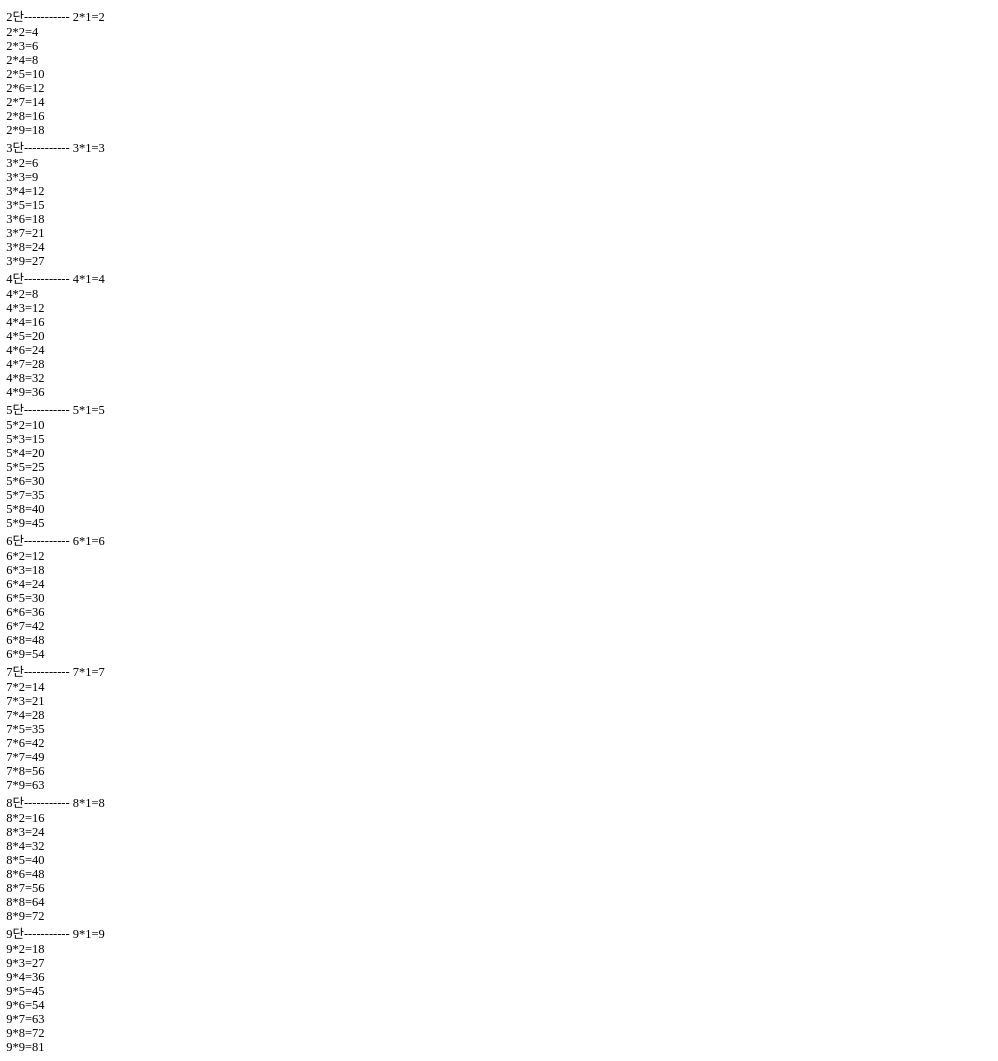
Repository: djdh94/JSP
Page: http://localhost/JSPBasic/JspTag/Scriptlet.jsp
These files come from the project's save history. The page is drawn as it stood at one moment and after the next save; the edit follows.
The browser window is 1280 px wide. The pictures show the whole page, at 78% of full size.
The page is served by Tomcat 9.

Above is the page before, as saved 2022-12-16 12:44:35.

After the next save:
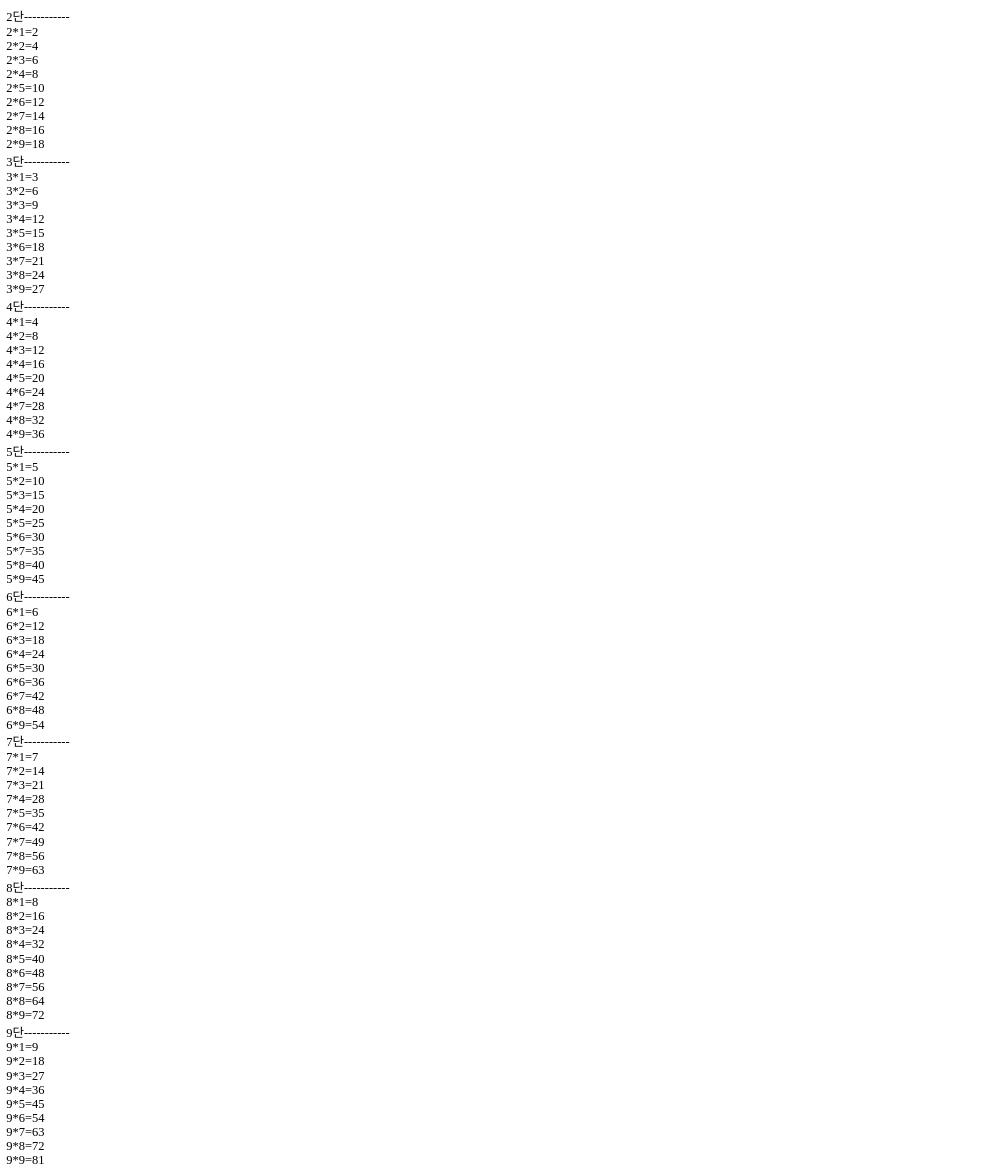
Saved 10 s later.
--- a/JSPBasic/src/main/webapp/JspTag/Scriptlet.jsp
+++ b/JSPBasic/src/main/webapp/JspTag/Scriptlet.jsp
@@ -9,7 +9,7 @@
 <body>
 	<%
 	for(int dan=2; dan<10; dan++){
-		out.println(dan+"단-----------");
+		out.println(dan+"단-----------"+"<br/>");
 		for(int i=1; i<10; i++){
 			out.println(dan+"*"+i+"="+dan*i+"<br/>");
 		}
